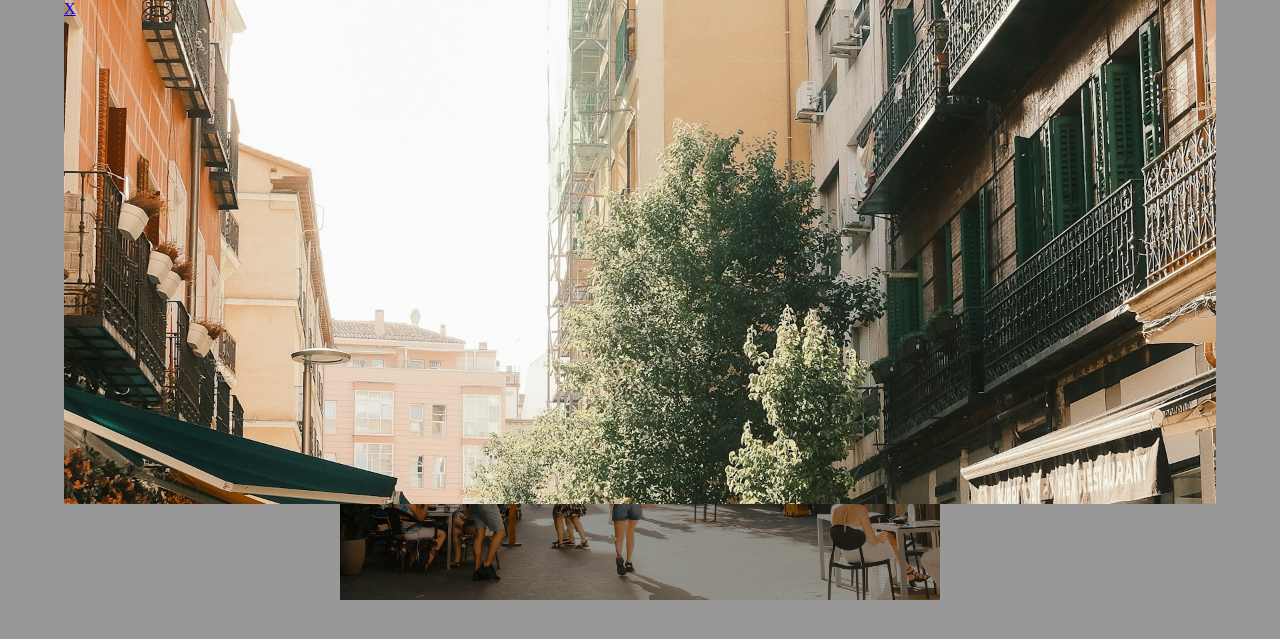
Repository: DamianBermudez94/curso-css3
Page: efectoLightBox/lightBox.html
These files come from the project's save history. The page is drawn as it stood at one moment and after a run of saves; the edit follows.
The browser window is 1280 px wide. The pictures show the whole page.

Above is the page before, as saved 2024-06-20 15:59:52.

After the next 3 saves:
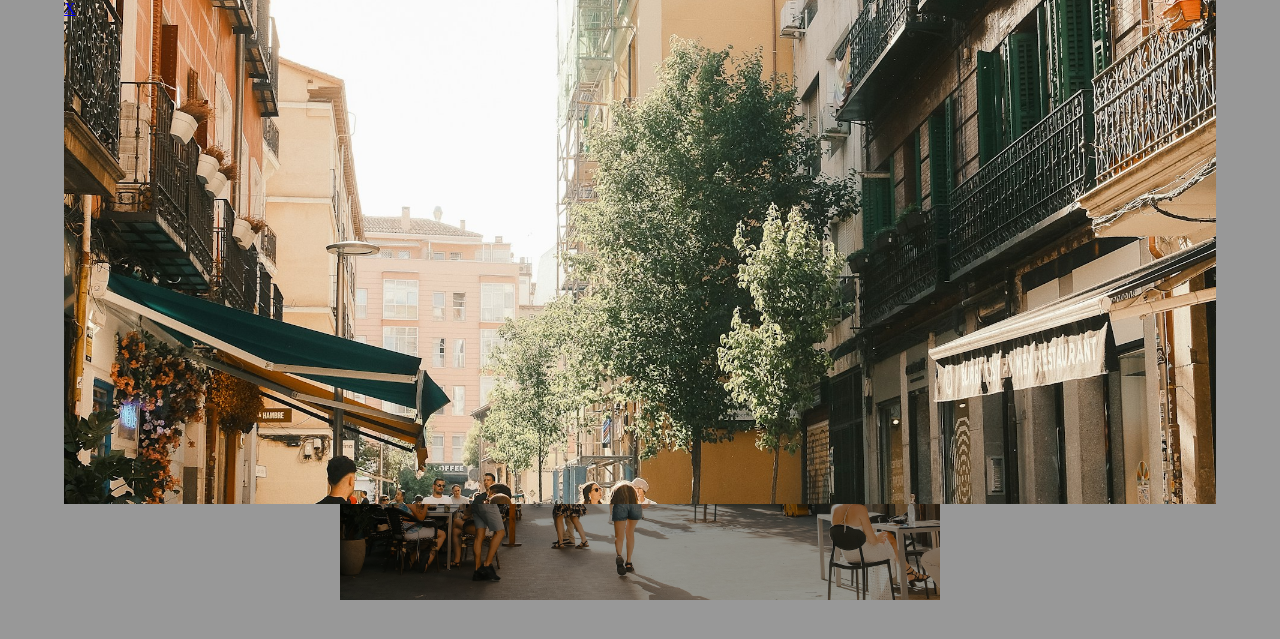
The 3 saves are shown as one change because they came seconds apart.
The last was saved 24 s later.
--- a/efectoLightBox/estilos.css
+++ b/efectoLightBox/estilos.css
@@ -1,38 +1,35 @@
-*{
-    box-sizing: border-box;
-    padding: 0;
-    margin: 0;
+* {
+  box-sizing: border-box;
+  padding: 0;
+  margin: 0;
 }
-.picture img{
-    display: block;
-    width: 100%;
-    max-width: 600px;
-    height: 600px;
-    object-fit: cover;
-    margin: 0 auto;
-    padding-top:50px ;
-    position: relative;
+.picture img {
+  display: block;
+  width: 100%;
+  max-width: 600px;
+  height: 600px;
+  object-fit: cover;
+  margin: 0 auto;
+  padding-top: 50px;
+  position: relative;
 }
 
-.show{
-    width: 100%;
-    height: 100%;
-    background-color: rgba(0, 0, 0, 0.404);
-    position: fixed;
-    top: 0;
-    left: 0;
+.show {
+  width: 100%;
+  height: 100%;
+  background-color: rgba(0, 0, 0, 0.404);
+  position: fixed;
+  top: 0;
+  left: 0;
 }
-.show__image{
-    width: 90%;
-    height: 70%;
-    background-image: url("/img/nuki-chikhladze-rJmwGLDSrtk-unsplash.jpg");
-    background-position: center;
-    background-attachment: fixed;
-    background-repeat: no-repeat;
-    background-size: cover;
-    margin: 0 auto;
+.show__image {
+  width: 90%;
+  height: 70%;
+  background-image: url("/img/nuki-chikhladze-rJmwGLDSrtk-unsplash.jpg");
+  background-position: center;
+  background-size: cover;
+  margin: 0 auto;
 }
 
-.picture:target{
-
+.picture:target {
 }
